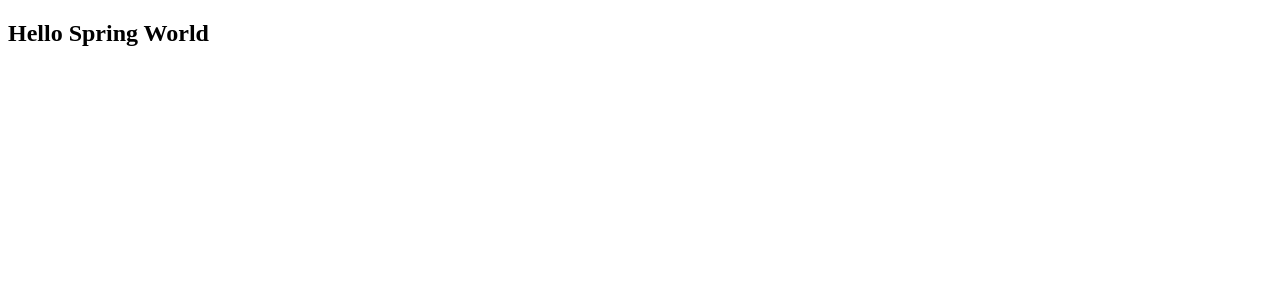
Repository: wjsjsn/23_springstudy
Page: http://localhost/Spring_DI/
The author's editor kept a copy of each file at every save. The page is drawn from the files as they stood at one save, then again after the next save.
The browser window is 1280 px wide. The pictures show the whole page.
The page is served by Tomcat 9.

Above is the page before, as saved 2023-07-25 08:19:46.

After the next save:
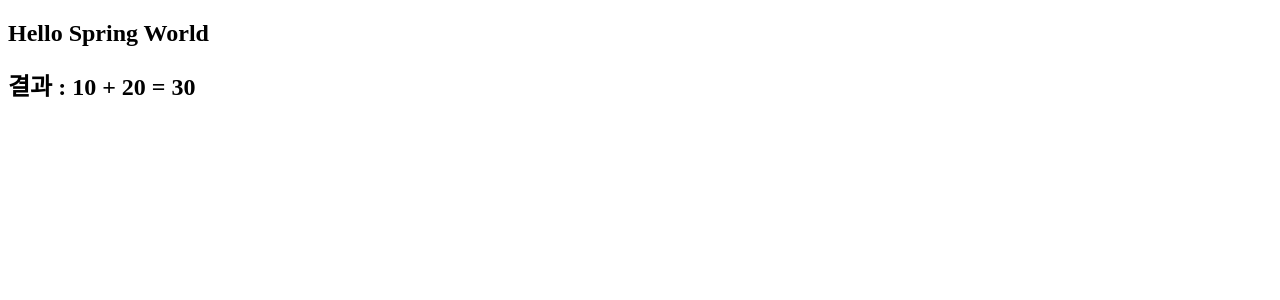
Saved 2 min 11 s later.
--- a/Spring_DI/src/main/webapp/index.jsp
+++ b/Spring_DI/src/main/webapp/index.jsp
@@ -1,3 +1,4 @@
+<%@page import="ex07_web_DI.MyCalc"%>
 <%@page import="org.springframework.web.context.support.WebApplicationContextUtils"%>
 <%@page import="org.springframework.web.context.WebApplicationContext"%>
 <%@page import="ex06_web_DI.HelloImpl"%>
@@ -33,6 +34,10 @@
 	HelloImpl hello = (HelloImpl)context.getBean("hello");
 	String msg = hello.sayHello();
 	out.println("<h2>" + msg + "</h2>");
+
+	MyCalc mc = (MyCalc)context.getBean("mycalc");
+	int result = mc.plus(10, 20);
+	out.println("<h2> 결과 : 10 + 20 = " + result + "</h2>");
 	%>
 </body>
 </html>
